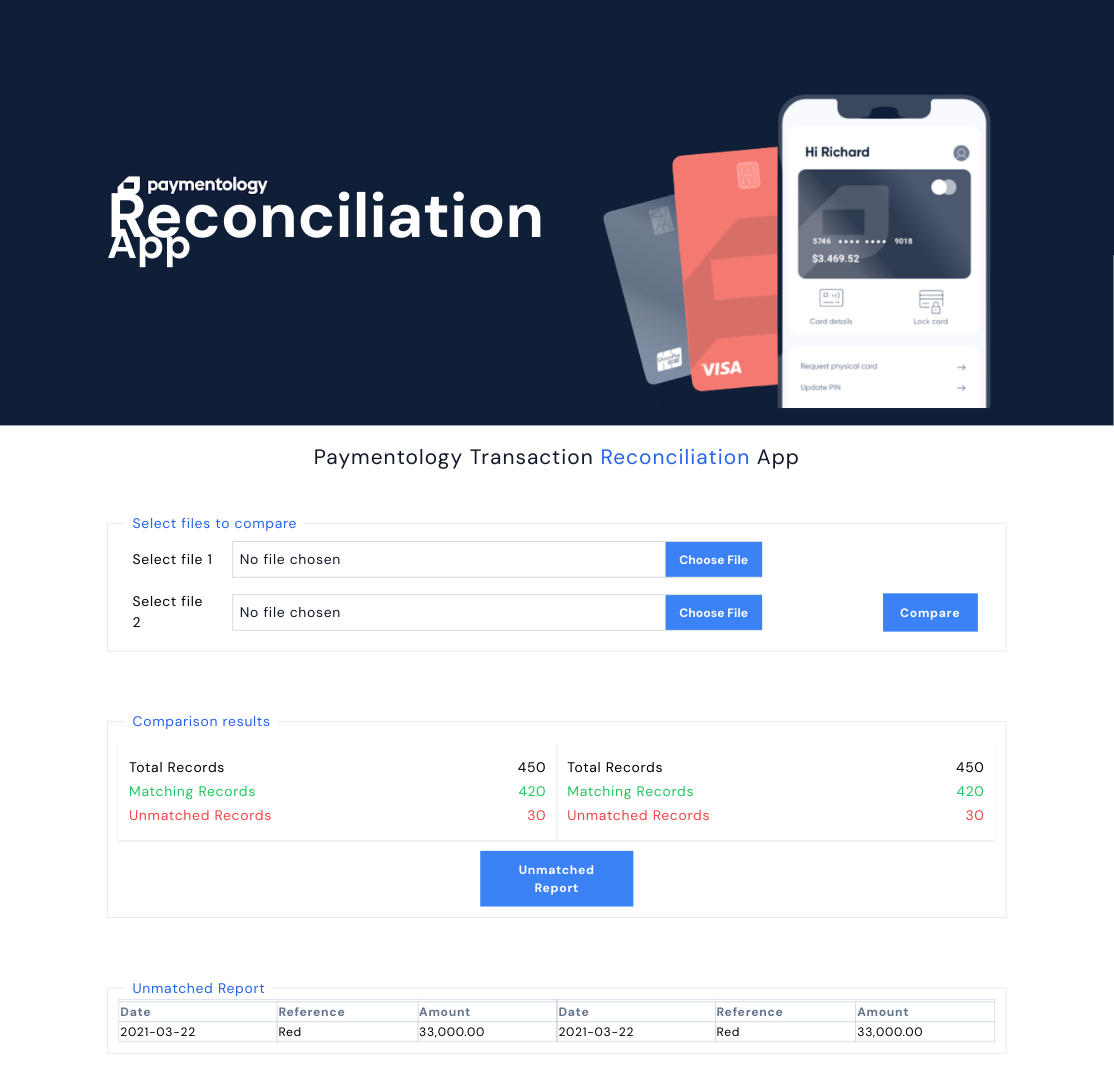
Repository: chionye/paymentology-front
Page: /
An editor plug-in stored every save of this project. The page is shown before and after a run of saves, followed by the edit.
The browser window is 1280 px wide. The pictures show the whole page, at 87% of full size.
The project was rebuilt for these pictures with package versions that can differ from the ones it lists, and the page was loaded fresh each time.

Above is the page before, as saved 2022-03-20 13:51:35.

### public/index.html
<!DOCTYPE html>
<html lang="en">
  <head>
    <meta charset="utf-8" />
    <link rel="icon" href="%PUBLIC_URL%/favicon.ico" />
    <meta name="viewport" content="width=device-width, initial-scale=1" />
    <meta name="theme-color" content="#000000" />
    <meta
      name="description"
      content="Web site created using create-react-app"
    />
    <link rel="preconnect" href="https://fonts.googleapis.com">
    <link rel="preconnect" href="https://fonts.gstatic.com" crossorigin>
    <link href="https://fonts.googleapis.com/css2?family=DM+Sans:wght@400;700&display=swap" rel="stylesheet">
    <link rel="apple-touch-icon" href="%PUBLIC_URL%/logo192.png" />
    <!--
      manifest.json provides metadata used when your web app is installed on a
      user's mobile device or desktop. See https://developers.google.com/web/fundamentals/web-app-manifest/
    -->
    <link rel="manifest" href="%PUBLIC_URL%/manifest.json" />
    <!--
      Notice the use of %PUBLIC_URL% in the tags above.
      It will be replaced with the URL of the `public` folder during the build.
      Only files inside the `public` folder can be referenced from the HTML.

      Unlike "/favicon.ico" or "favicon.ico", "%PUBLIC_URL%/favicon.ico" will
      work correctly both with client-side routing and a non-root public URL.
      Learn how to configure a non-root public URL by running `npm run build`.
    -->
    <title>React App</title>
  </head>
  <body>
    <noscript>You need to enable JavaScript to run this app.</noscript>
    <div id="root"></div>
    <!--
      This HTML file is a template.
      If you open it directly in the browser, you will see an empty page.

      You can add webfonts, meta tags, or analytics to this file.
      The build step will place the bundled scripts into the <body> tag.

      To begin the development, run `npm start` or `yarn start`.
      To create a production bundle, use `npm run build` or `yarn build`.
    -->
  </body>
</html>

### src/index.css
@tailwind base;
@tailwind components;
@tailwind utilities;

body {
  margin: 0;
  padding:0;
  box-sizing: border-box;
  font-family: -apple-system, BlinkMacSystemFont, 'Segoe UI', 'Roboto', 'Oxygen',
    'Ubuntu', 'Cantarell', 'Fira Sans', 'Droid Sans', 'Helvetica Neue',
    sans-serif;
  -webkit-font-smoothing: antialiased;
  -moz-osx-font-smoothing: grayscale;
  font-family: 'DM Sans', sans-serif;
}

input[type=file]::file-selector-button {
  position: absolute;
  right:-5px;
  top:0;

}
input[type=file]::-ms-browse {
  position: absolute;
  right:-5px;
  top:0;
}

input[type=file]::-webkit-file-upload-button {
  position: absolute;
  right:-5px;
  top:0;
}

### src/App.js
import Banner from "./components/Banner";
import CompareFiles from "./components/CompareFiles";
import { FileProvider } from "./context/index.context";
import Results from "./components/Results";
import Report from "./components/Report";
import Title from "./components/Title";

function App() {
  return (
    <FileProvider>
      <Banner />
      <Title />

      <CompareFiles />
      <Results />
      <Report />
    </FileProvider>

  );
}

export default App;

### src/components/Banner.js
import BannerImg from "../assets/PaymentologyImg.png";
import Logo from "../assets/PaymentologyLogo.png"
import Container from "./Container";
const Banner = () => {
    const style = {
        background: "#0f1f38"
    }
    return(
        <div style={style} >
            <Container>
                <div className="w-5/6 mx-auto flex flex-col md:flex-row md:justify-between md:items-center">
                    <div className="w-1/2 text-white  font-bold">
                        <img className="" src={Logo}  alt="Paymentology Logo"/>
                        <h1 className="text-7xl leading-4">Reconciliation </h1>
                        <h2 className="text-5xl">App</h2>
                    </div>
                    <div className="w-1/2 ">
                        <img src={BannerImg} alt="Banner" />
                    </div>
                </div>

            </Container>



        </div>
    )
}

export default Banner;

### src/components/CompareFiles.js
import Button from "./Button";
import Container from "./Container";
import InputFile from "./InputFile";
import Section from "./Section";
import { useFileContext } from "../context/index.context";

const CompareFiles = () => {
    const {file, setFile} = useFileContext();

    const saveFile_1 = e => {
        setFile({
            ...file,
            file1: e.target.files[0],
            fileName1: e.target.files[0].name
        })
    }

    const saveFile_2 = e => {
        setFile({
            ...file,
            file2: e.target.files[0],
            fileName2: e.target.files[0].name
        })
    }

    return(
        <Container>
            <Section title={"Select files to compare"}>
                <InputFile
                file={"Select file 1"}
                handleFile={saveFile_1}
                 />
                <div className="flex flex-col md:flex-row md:items-center md:justify-between">
                    <InputFile
                    file={"Select file 2"}
                    handleFile={saveFile_2}
                    />
                    <div className="my-3 md:my-0 md:mr-5">

                    <Button width={"w-full"} label={"Compare"} />
                    </div>

                </div>
            </Section>
        </Container>

    )
}

export default CompareFiles;

### src/context/index.context.js
import { createContext, useContext, useState } from "react";

const FileContext = createContext(null);

export const FileProvider = ({children}) => {
     const [file, setFile] = useState({
        file1: '',
        fileName1: '',
        file2:'',
        fileName2: ''
    });

    return(
        <FileContext.Provider value={{file, setFile}}>
            {children}
        </FileContext.Provider>
    )
}

export const useFileContext = () => useContext(FileContext);

### src/components/Results.js
import Button from "./Button";
import Container from "./Container";
import FileSummary from "./FileSummary";
import Section from "./Section";
import { useFileContext } from "../context/index.context";

const Results = () => {
    const { file } = useFileContext();
    return(
        <Container>
            <Section title={"Comparison results"}>
                <div className="flex flex-col md:flex-row md:justify-between md:items-center">
                    <FileSummary
                        fileName={file.fileName1}
                        totalRecords={450}
                        matchingRecords={420}
                        unmatchedRecords={30}
                    />
                    <FileSummary
                        fileName={file.fileName2}
                        totalRecords={450}
                        matchingRecords={420}
                        unmatchedRecords={30}
                    />
                </div>
                <div className="md:flex md:w-44 md:justify-center md:mx-auto">
                        <Button width={"w-full"} label={"Unmatched Report"} />
                </div>
            </Section>
        </Container>
    )
}

export default Results;

### src/components/Report.js
import Container from "./Container";
import Section from "./Section";
import FileReports from "./FileReports";


const Report = () => {

    return(
        <Container>
            <Section title={"Unmatched Report"}>
                <FileReports />
            </Section>
        </Container>
    )
}

export default Report;

### src/components/Title.js
import Container from "./Container"

const Title = () => {
    return(
        <Container>
            <div className="md:w-5/6 mx-auto">
                <h1 className="font-medium tracking-wider text-center  leading-loose text-xl md:text-2xl text-gray-900">Paymentology Transaction <span className="text-blue-600">Reconciliation</span> App</h1>

            </div>
        </Container>
    )
}

export default Title;

### src/components/Container.js
const Container = (props) => {

    return <div className="p-5 mx-auto">{props.children}</div>
}
export default Container;

### src/components/Button.js
const Button = (props) => {

    return <button className={`${props.width} bg-blue-500 hover:bg-blue-700 py-3 px-5 text-sm text-white font-semibold`} disabled={true}>{props.label}</button>
}

export default Button;

### src/components/InputFile.js


const InputFile = (props) => {


    return(
        <div className="flex flex-col md:flex-row w-full md:w-3/4 md:items-center md:justify-between text-sm md:text-base tracking-wider my-2 md:px-4">
            <label className="w-28 ">{props.file}</label>
            <div className="w-full border border-1 border-gray-300 py-2.5 sm:py-2 relative md:ml-5">
                <input type="file"
                        className="block
                        font-medium
                        tracking-wider
                        w-full
                        pl-2
                        appearance-none
                        text-gray-900
                        file:py-2.5
                        file:px-4
                        file:border-0
                        file:text-sm
                        file:font-semibold
                        file:bg-blue-500
                        hover:file:bg-blue-700
                        file:text-white"
                        onChange={props.handleFile}
                    />
            </div>

        </div>
    )
}

export default InputFile;

### src/components/Section.js

const Section = (props) => {
    return(
        <div className="relative md:w-5/6  h-auto p-3 border border-1 border-gray mx-auto my-5 tracking-wider">
            <div className="absolute font-medium -top-3 left-1 md:left-5 bg-white  text-blue-600 px-2">{props.title}</div>
            {props.children}
        </div>
    )
}

export default Section;

### src/components/FileSummary.js
const FileSummary = (props) => {
    return(
        <div className="shadow text-sm md:text-base p-3 my-3 w-full md:w-1/2  max-w-lg tracking-wider ">
            <div className="font-semibold text-xl">{props.fileName}</div>
            <div className="flex flex-row justify-between my-1">
                <span>Total Records</span>
                <span>{props.totalRecords}</span>
            </div>
            <div className="flex flex-row justify-between my-1 text-green-500">
                <span>Matching Records</span>
                <span>{props.matchingRecords}</span>
            </div>
            <div className="flex flex-row justify-between my-1 text-red-500">
                <span>Unmatched Records</span>
                <span>{props.unmatchedRecords}</span>
            </div>
        </div>
    )
}

export default FileSummary;

### src/components/FileReports.js
import { useFileContext } from "../context/index.context";
import FileReport from './FileReport';

const FileReports = () => {
    const {file} = useFileContext();

    return(
        <div className="w-full overflow-x-scroll flex flex-row">
            <FileReport
                fileName={file.fileName1}
                date={'2021-03-22'}
                reference={'Red'}
                amount={'33,000.00'}
            />
            <FileReport
                fileName={file.fileName2}
                date={'2021-03-22'}
                reference={'Red'}
                amount={'33,000.00'}
            />
        </div>

    )
}

export default FileReports;

### src/components/FileReport.js
const FileReport = (props) => {
    return(
        <table className="w-full border-collapse border-gray-300 text-sm">
            <thead>
                <tr className="text-left">
                    <th className="font-medium text-base border border-slate-300" colSpan={3} >{props.fileName}</th>
                </tr>
                <tr className="text-left text-slate-500">
                    <th className="border border-slate-300">Date</th>
                    <th className="border border-slate-300">Reference</th>
                    <th className="border border-slate-300">Amount</th>
                </tr>
            </thead>
            <tbody>
                <tr>
                    <td className="border border-slate-300">{props.date}</td>
                    <td className="border border-slate-300">{props.reference}</td>
                    <td className="border border-slate-300">{props.amount}</td>
                </tr>
            </tbody>
        </table>
    )
}

export default FileReport;

Loaded but not shown: src/index.js (common file); src/reportWebVitals.js (common file); tailwind.config.js (common file)

After the next 4 saves:
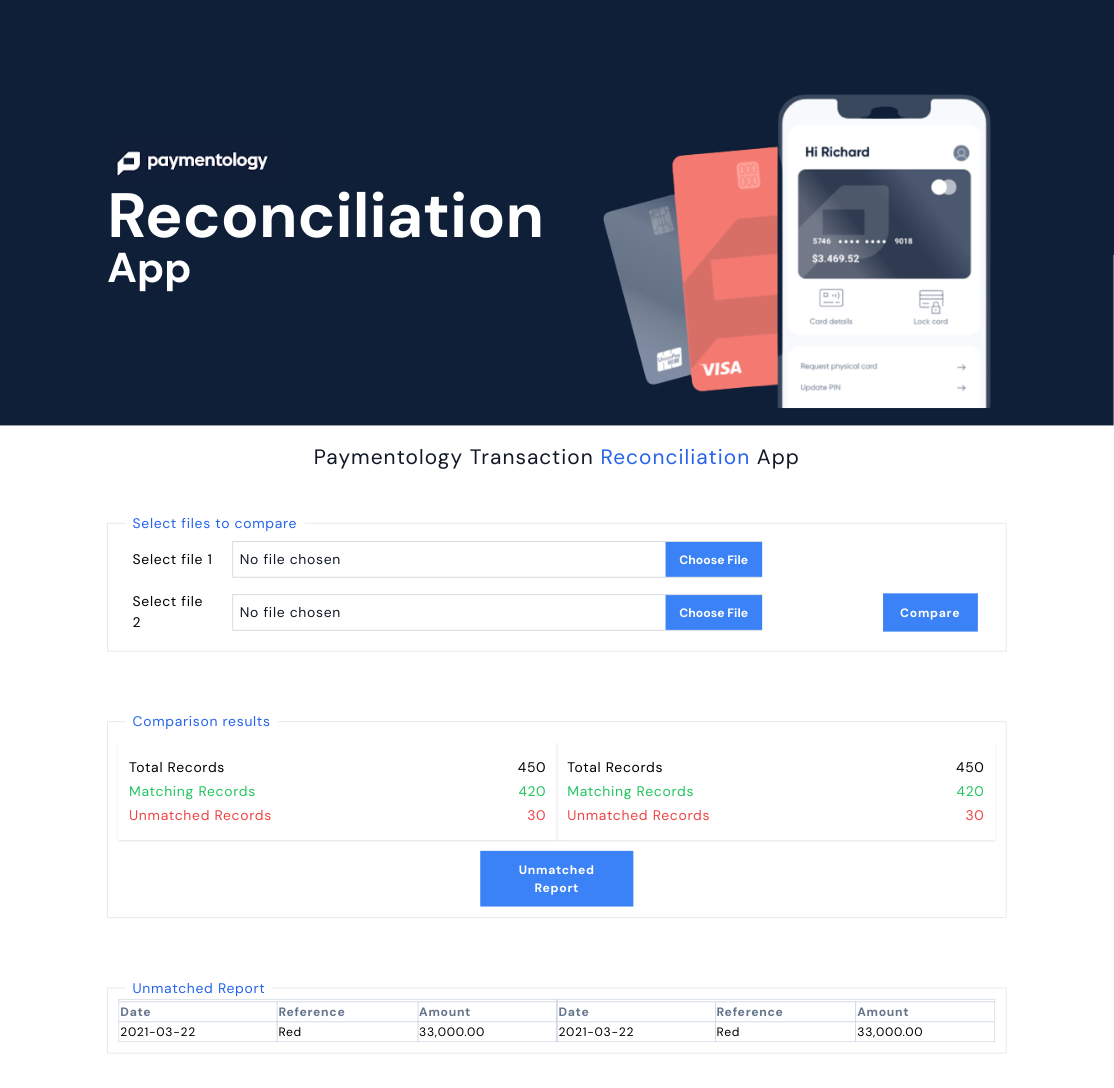
The 4 saves are shown as one change because they came seconds apart.
The last was saved 11 s later.
--- a/src/components/Banner.js
+++ b/src/components/Banner.js
@@ -11,7 +11,7 @@ const Banner = () => {
                 <div className="w-5/6 mx-auto flex flex-col md:flex-row md:justify-between md:items-center">
                     <div className="w-1/2 text-white  font-bold">
                         <img className="" src={Logo}  alt="Paymentology Logo"/>
-                        <h1 className="text-7xl leading-4">Reconciliation </h1>
+                        <h1 className="text-7xl ">Reconciliation </h1>
                         <h2 className="text-5xl">App</h2>
                     </div>
                     <div className="w-1/2 ">
